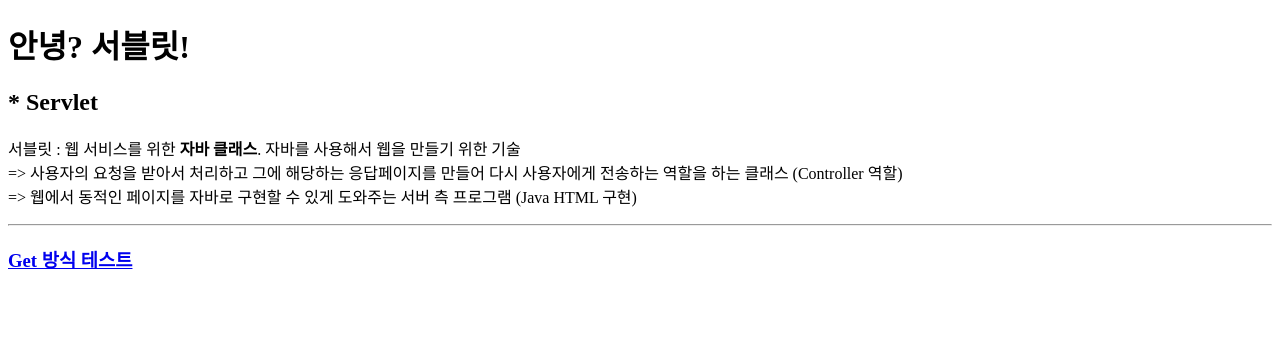
Repository: rsvprzdz/Servlet
Page: 1_servlet/src/main/webapp/index.html
The author's editor kept a copy of each file at every save. The page is drawn from the files as they stood at one save, then again after the next save.
The browser window is 1280 px wide. The pictures show the whole page.

Above is the page before, as saved 2024-08-22 05:18:37.

After the next save:
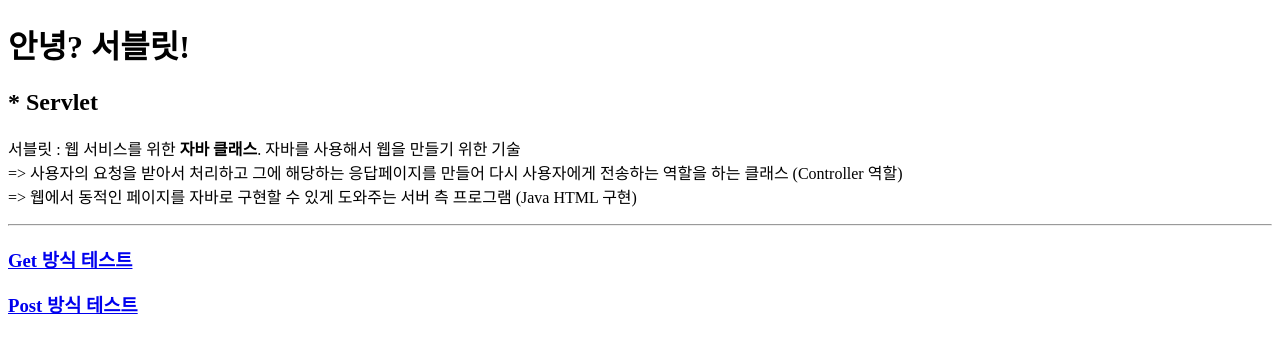
Saved 4 min 16 s later.
--- a/1_servlet/src/main/webapp/index.html
+++ b/1_servlet/src/main/webapp/index.html
@@ -25,6 +25,6 @@
 	 -->
 
 	<h3><a href="views/requestTest_GET.html">Get 방식 테스트</a></h3>
-
+	<h3><a href="views/requestTest_POST.html">Post 방식 테스트</a></h3>
 </body>
 </html>
